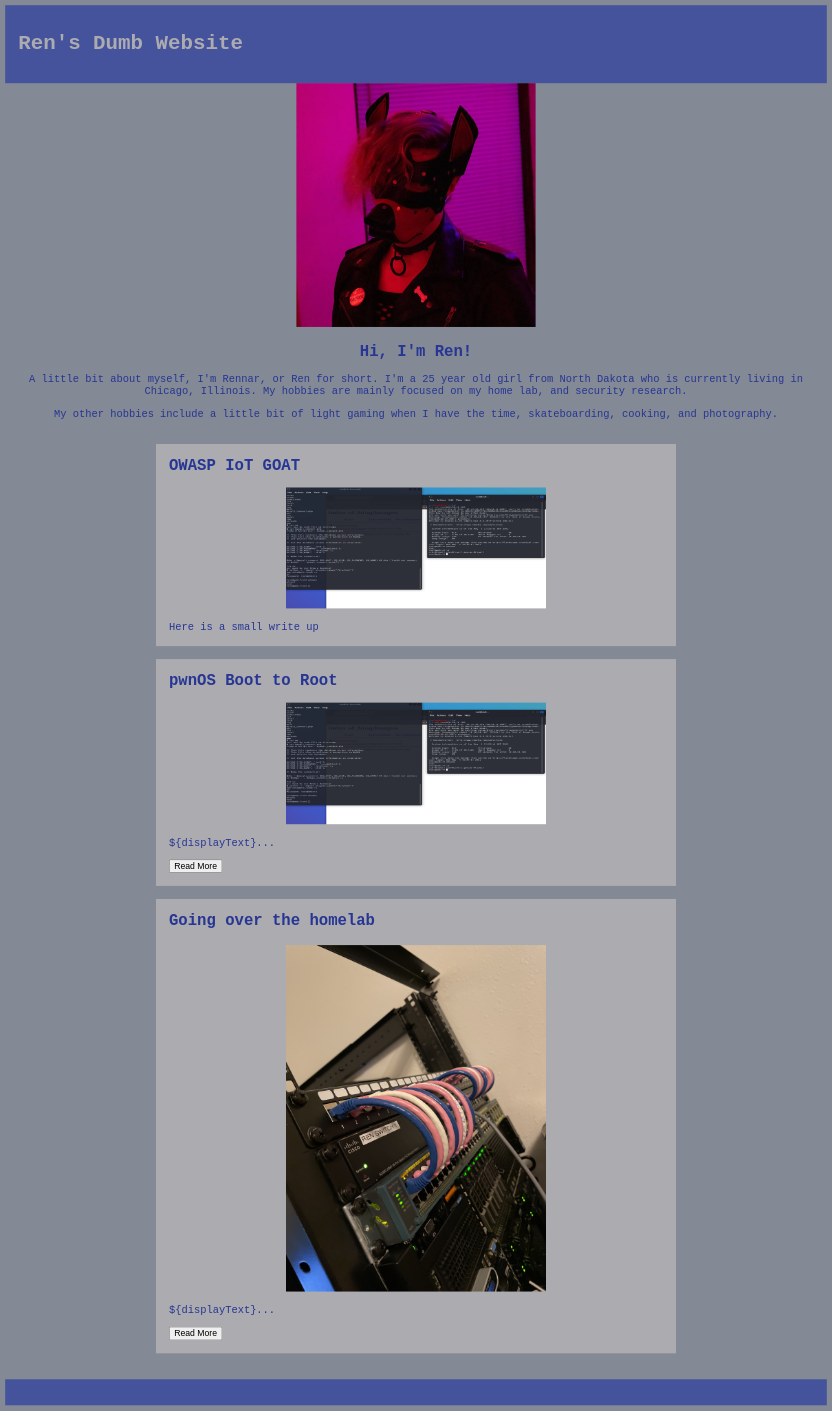
Repository: RennarDeer/RenDev
Page: index.html
These files come from the project's save history. The page is drawn as it stood at one moment and after the next save; the edit follows.
The browser window is 1280 px wide. The pictures show the whole page, at 65% of full size.

Above is the page before, as saved 2023-03-08 10:54:30.

After the next save:
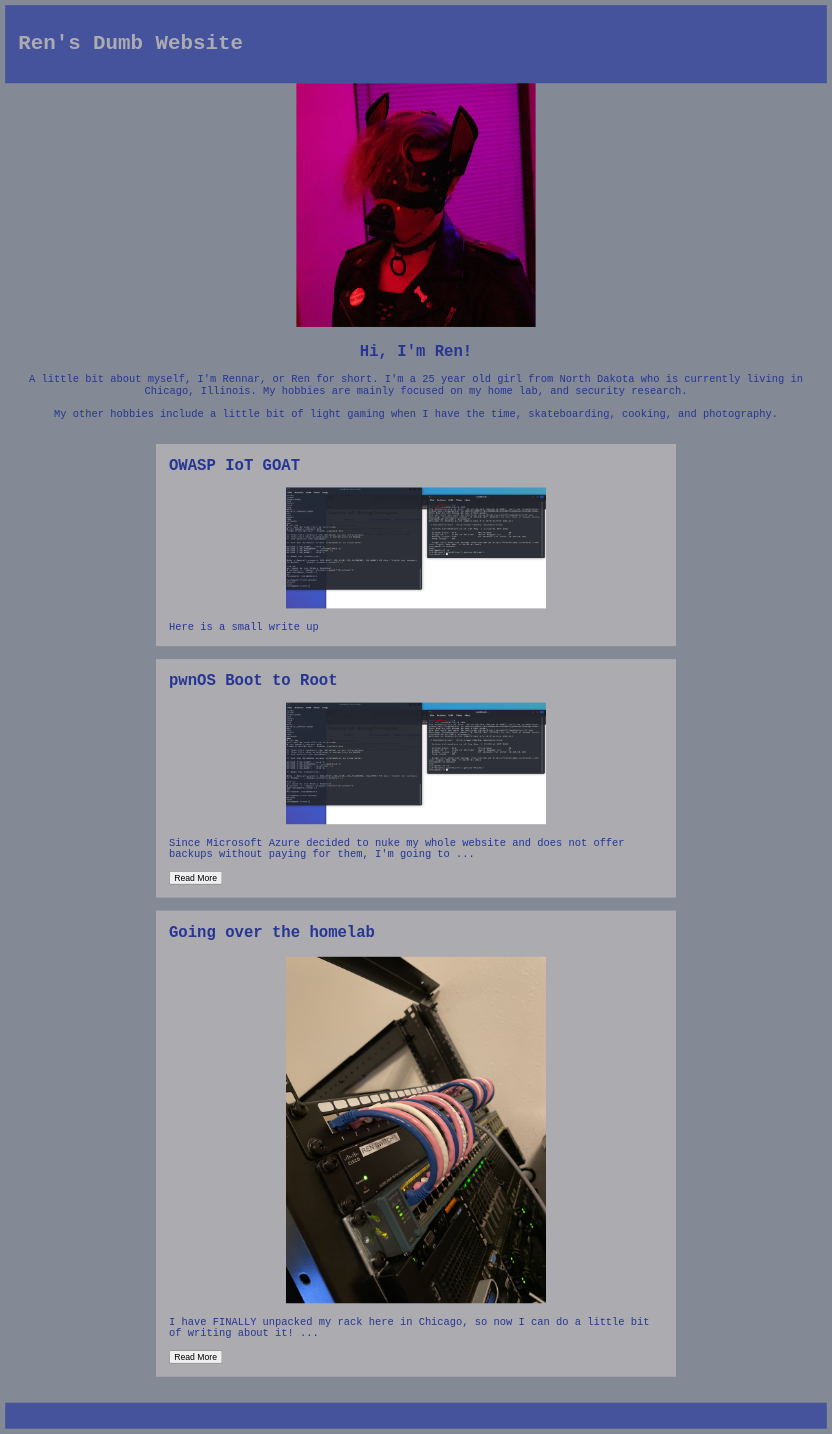
Saved 3 min 35 s later.
--- a/script.js
+++ b/script.js
@@ -1,31 +1,20 @@
 let noOfCharac = 150;
 let contents = document.querySelectorAll(".content");
 contents.forEach(content => {
-    //If text lenght is less than noOfChara
-    //then hide readmore
+    //If text length is less than noOfCharac... then hide the read more button
     if(content.textContent.length < noOfCharac){
-            content.nextElementSibling.getElementsByClassName.display = "none";
+        content.nextElementSibling.style.display = "none";
     }
-
     else{
-        let displayText = content.textContent.slice
-        (0,noOfCharac);
-        let moreText = content.textContent.slice
-        (noOfCharac);
-        content.innerHTML =
-        '${displayText}<span class="dots">...</span><span class="hide more">${moreText}</span>';
-
+        let displayText = content.textContent.slice(0,noOfCharac);
+        let moreText = content.textContent.slice(noOfCharac);
+        content.innerHTML = `${displayText}<span class="dots">...</span><span class="hide more">${moreText}</span>`;
     }
 });
 
 function readMore(btn){
     let post = btn.parentElement;
-    post.querySelector(".dots").classList.toggle
-    ("hide");
-    post.querySelector(".more").classList.toggle
-    ("hide");
-    btn.textContent == "Read More" ? btn.textContent
-    = "Read Less" : btn.textContent = "Read More";
-
-
+    post.querySelector(".dots").classList.toggle("hide");
+    post.querySelector(".more").classList.toggle("hide");
+    btn.textContent == "Read More" ? btn.textContent = "Read Less" : btn.textContent = "Read More";
 }
